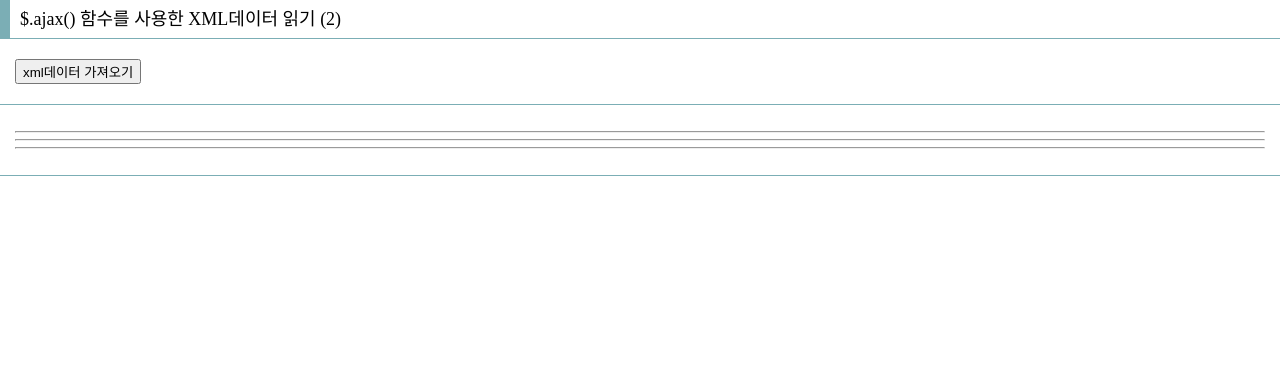
Repository: jigudeong-i/backenddeveloper
Page: firstExample/src/main/webapp/ajaxExample/03_xml.html
The author's editor kept a copy of each file at every save. The page is drawn from the files as they stood at one save, then again after the next save.
The browser window is 1280 px wide. The pictures show the whole page.
After loading, the first visible `#mybtn` was clicked once.

Above is the page before, as saved 2025-07-21 01:09:23.

### firstExample/src/main/webapp/ajaxExample/03_xml.html
<!DOCTYPE html>
<html lang="ko">
	<head>
		<meta charset="UTF-8">
		<meta name="viewport" content="width=device-width, initial-scale=1">
		<title>xml(2) - 03_xml.html</title>
		<link href="../image/icon.png" rel="icon" type="image/x-con" />

		<link rel="stylesheet" href="../css/reset.css"/>
		<link rel="stylesheet" href="../css/common.css"/>
	</head>
	<body>
		<h1 class="title">$.ajax() 함수를 사용한 XML데이터 읽기 (2)</h1>
		<div class="exec">
			<input type="button" value="xml데이터 가져오기" id="mybtn" />
		</div>
		<div class="console" id="result"></div>

		<script src="../js/jquery-3.7.1.min.js"></script>
		<script>
			$("#mybtn").on("click", function(){
				$.ajax({
					url: '/firstExample/ajax/xml/03.xml',
					method: 'get',
					dataType: 'xml'
				}).done(function (data){
					$("#result").html("");
					// 반복되는 태그 단위를 찾아서 each() 함수 사용
					$(data).find("subject").each(function(){
						// 각 개별 요소에 속해 있는 텍스트 데이터 추출
						let title = $(this).find("title").text();
						let time = $(this).find("time").text();
						let teacher = $(this).find("teacher").text();

						// 출력읠 위한 동적 요소의 생성
						let div = $("<div>");
						let p1 = $("<p>").html(title);
						let p2 = $("<p>").html(time);
						let p3 = $("<p>").html(teacher);

						// 조립과 출력
						div.append(p1).append(p2).append(p3);
						// 반드시 body 태그 하위에 정적 요소에 추가 작업 설정.
						$("#reault").append(div);
						$("#result").append("<hr />");
					});
				}).fail(function(xhr, textStatus){
					// 통신이 실패했을 때 실행되는 함수.
					$("#result").html(textStatus + " (HTTP-" + xhr.status + ")");
				});
			});
		</script>
	</body>
</html>

### firstExample/src/main/webapp/css/common.css
html, body {
	width: 100%;
	height: 100%;
}
/* 페이지 제목을 표현.*/
h1.title {
	font-size: large;
	border-left: 10px solid #7BAEB5;
	border-bottom: 1px solid #7BAEB5;
	padding: 10px;
	width: auto;
	background-color: #fff;
}
/* 예제 실행을 위한 버튼이나 링크 배치하는 영역 표현.*/
div.exec, div.console {
	padding: 20px 15px;
	border-bottom: 1px solid #7BAEB5;
}
/* 결과 출력을 위한 영역 표현.*/
div.console {
	font-family: 'Courier New';
	font-size: 12px;
	font-style: italic;
	line-height: 130%;
}
/* 예제 화면을 구성하기 위한 영역 표현.*/
div.example {
	padding: 10px 30px;
}

Loaded but not shown: firstExample/src/main/webapp/css/reset.css (common file); firstExample/src/main/webapp/js/jquery-3.7.1.min.js (library)

After the next save:
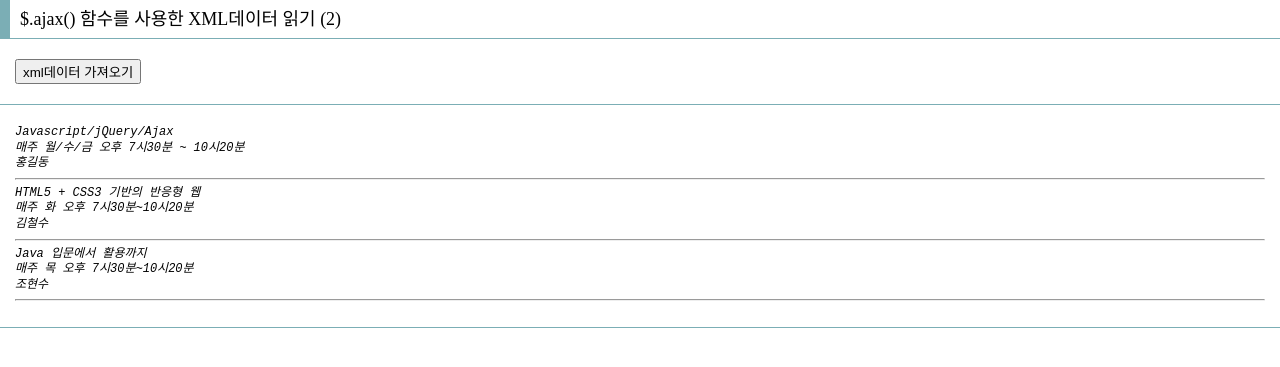
Saved 85 s later.
--- a/firstExample/src/main/webapp/ajaxExample/03_xml.html
+++ b/firstExample/src/main/webapp/ajaxExample/03_xml.html
@@ -41,7 +41,7 @@
 						// 조립과 출력
 						div.append(p1).append(p2).append(p3);
 						// 반드시 body 태그 하위에 정적 요소에 추가 작업 설정.
-						$("#reault").append(div);
+						$("#result").append(div);
 						$("#result").append("<hr />");
 					});
 				}).fail(function(xhr, textStatus){
